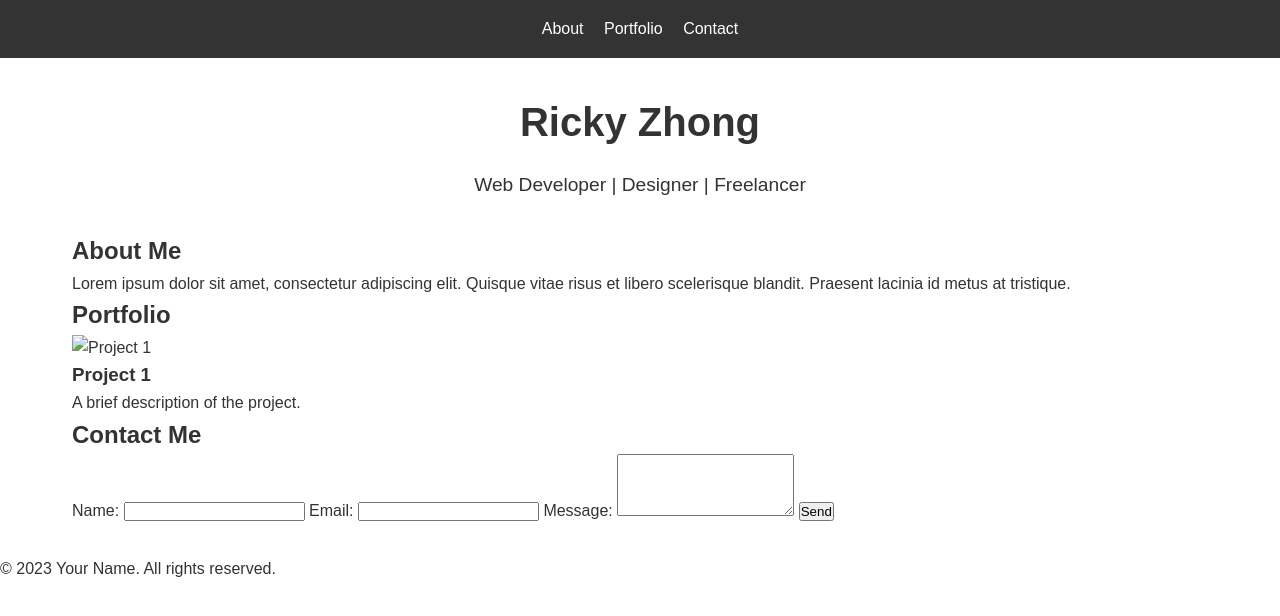
Repository: rickydaricky/rickydaricky.github.io
Page: index.html
These files come from the project's save history. The page is drawn as it stood at one moment and after the next save; the edit follows.
The browser window is 1280 px wide. The pictures show the whole page.

Above is the page before, as saved 2023-03-31 10:26:54.
Not found: project1.jpg

After the next save:
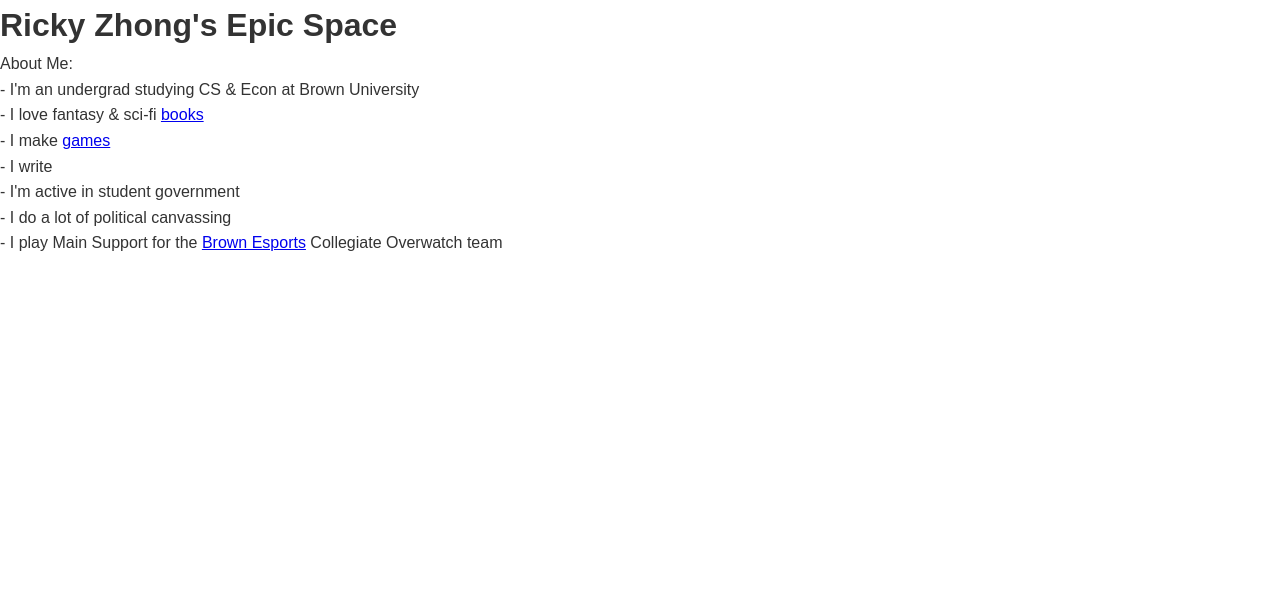
Saved 30 min 4 s later.
--- a/index.html
+++ b/index.html
@@ -1,4 +1,4 @@
-<!-- <!DOCTYPE html>
+<!DOCTYPE html>
 
 <head>
   <meta charset="UTF-8" />
@@ -33,60 +33,4 @@
       </p>
     </div>
   </body>
-</html> -->
-
-
-<!DOCTYPE html>
-<html lang="en">
-<head>
-  <meta charset="UTF-8">
-  <meta name="viewport" content="width=device-width, initial-scale=1.0">
-  <link rel="stylesheet" href="main.css">
-  <title>Personal Website</title>
-</head>
-<body>
-  <header>
-    <nav>
-      <ul>
-        <li><a href="#about">About</a></li>
-        <li><a href="#portfolio">Portfolio</a></li>
-        <li><a href="#contact">Contact</a></li>
-      </ul>
-    </nav>
-  </header>
-  <main>
-    <section id="hero">
-      <h1>Ricky Zhong</h1>
-      <p>Web Developer | Designer | Freelancer</p>
-    </section>
-    <section id="about">
-      <h2>About Me</h2>
-      <p>Lorem ipsum dolor sit amet, consectetur adipiscing elit. Quisque vitae risus et libero scelerisque blandit. Praesent lacinia id metus at tristique.</p>
-    </section>
-    <section id="portfolio">
-      <h2>Portfolio</h2>
-      <div class="project">
-        <img src="project1.jpg" alt="Project 1">
-        <h3>Project 1</h3>
-        <p>A brief description of the project.</p>
-      </div>
-      <!-- Add more projects here -->
-    </section>
-    <section id="contact">
-      <h2>Contact Me</h2>
-      <form action="submit_form.php" method="post">
-        <label for="name">Name:</label>
-        <input type="text" id="name" name="name" required>
-        <label for="email">Email:</label>
-        <input type="email" id="email" name="email" required>
-        <label for="message">Message:</label>
-        <textarea id="message" name="message" rows="4" required></textarea>
-        <button type="submit">Send</button>
-      </form>
-    </section>
-  </main>
-  <footer>
-    <p>&copy; 2023 Your Name. All rights reserved.</p>
-  </footer>
-</body>
 </html>
